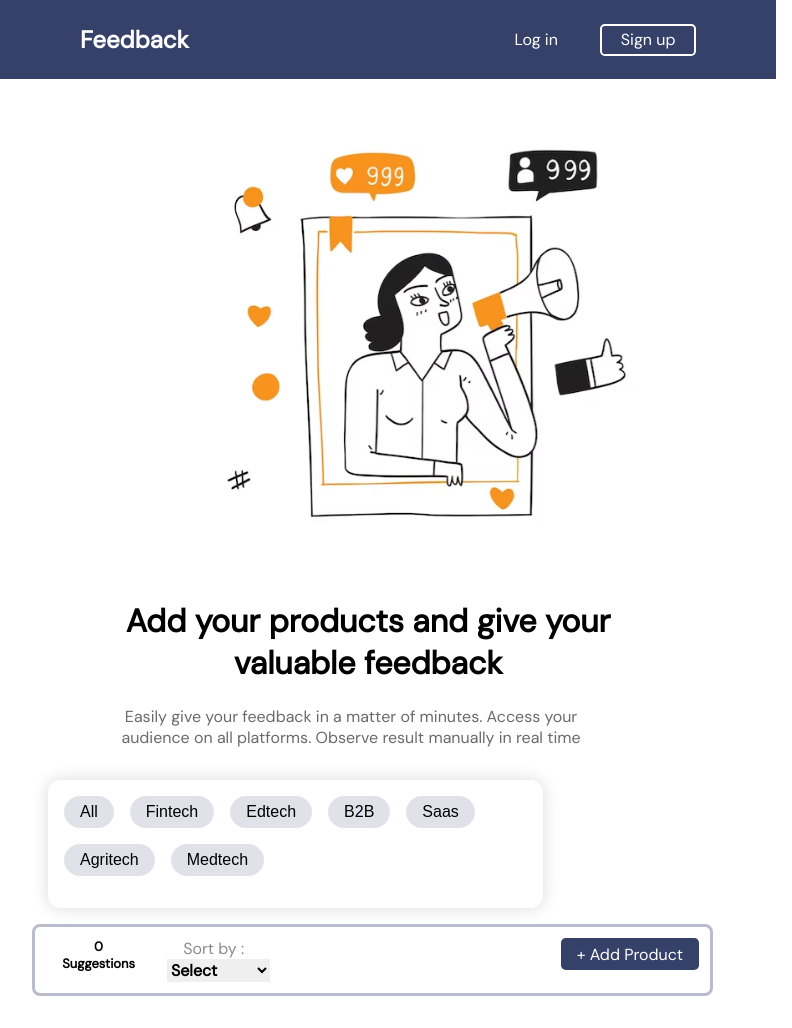
Repository: drumsmanku/final-evaluation-test
Page: / (app in client/)
An editor plug-in stored every save of this project. The page is shown before and after the next save, followed by the edit.
The browser window is 768 px wide. The page is 792 px wide, then 768 px, so the pictures cover 792 px, including what lies to the right of the window. The pictures show the whole page.
The page's requests for data from a server got no answer. The project was rebuilt for these pictures with package versions that can differ from the ones it lists, and the page was loaded fresh each time. No one was signed in, and anything a server would have sent is missing. Also part of the build but not shown: client/src/CSS/LoginPopUp.css, client/src/Components/LoginPopUp.js, client/src/CSS/SignupPopUp.css, client/src/Components/SignupPopUp.js, client/src/CSS/AddProductPopUp.css, client/src/Components/AddProductPopUp.js, client/src/Components/CommentsSection.js, client/src/CSS/SignUp.css and 3 more.

Above is the page before, as saved 2023-08-01 00:52:43.

### client/src/App.js
import './App.css';
import { BrowserRouter as Router, Route, Routes} from 'react-router-dom';
import MainPage from './Components/MainPage';
import SignUp from './Components/SignUp';
import Login from './Components/Login';
function App() {
  return (
    <div className="App">
      <Router>
        <Routes>
          <Route path='/' element={<MainPage/>}/>
          <Route path='/signup' element={<SignUp/>}/>
          <Route path='/login' element={<Login/>}/>
        </Routes>
      </Router>
    </div>
  );
}

export default App;

### client/src/Components/MainPage.js
import React, {useState, useEffect, useMemo} from 'react';
import '../CSS/MainPage.css';
import profile from'../Assets/profilepic.webp';
import img1 from '../Assets/frontphoto.png';
import axios from 'axios';
import comments from '../Assets/comments.png';
import { useNavigate } from 'react-router-dom';
import LoginPopUp from './LoginPopUp';
import SignupPopUp from './SignupPopUp';
import AddProductPopUp from './AddProductPopUp';
import CommentsSection from './CommentsSection';
import upvote from '../Assets/upvote.png';
import comment1 from '../Assets/comment1.png';

const buttonTitles=['All', 'Fintech', 'Edtech', 'B2B', 'Saas', 'Agritech', 'Medtech'];
const buttonStyles={
  padding:'0.2rem 1rem 0.2rem 1rem',
  backgroundColor:'#36416A26',
  fontSize:'medium',
  borderRadius:'1rem',
  border:'none',
  margin:'0 1rem 1rem 0',
  height:'2rem',
  textAlign:'center',
}
const productCardsStyles={
  padding:'1rem',

  width:'98%',
  marginBottom:'1rem',
  display: 'flex',
  borderRadius:'0.5rem'
}
const tagStyles={
  paddingRight:'1.3em',
  paddingLeft:'1.3em',
  backgroundColor:'#C0CEFF',
  fontSize:'small',
  borderRadius:'1rem',
  border:'none',
  height:'1.5rem',
  textAlign:'center',
  display:'flex',
  alignItems:'center',
  marginRight:'1rem',
}

function MainPage() {
  const navigate =useNavigate()
  const [categorySet, setCategorySet]=useState([]);
  const [user, setUser] = useState(localStorage.getItem('user'));
  const [isLoggedIn, setIsLoggedIn]=useState(false);
  const [products, setProdcts]=useState([]);
  const [showLoginModal, setShowLoginModal] = useState(false);
  const [showSignupModal, setShowSignupModal] = useState(false);
  const [showAddModal, setShowAddModal] = useState(false);
  const [isVisible, setIsVisible] = useState(false);
  const [commentProductId, setCommentProductId] = useState(null);
  const [commentsLength, setCommentsLength]=useState(0);
  const [productCounts, setProductCounts] = useState({});
  const [upvotes, setUpvotes]=useState(0);
  const [sortOption, setSortOption] = useState('Select');


  useEffect(()=>{
    const User=localStorage.getItem('user');
    if(User){
      setIsLoggedIn(true);
    }

  }, []);




  const handleLogin = () => {
    setShowLoginModal(true);
  };
  const handleSignup = () => {
    setShowSignupModal(true);
  };
  const handleAdd = () => {
    if (isLoggedIn) {
      setShowAddModal(true);
    } else {
      setShowSignupModal(true);
    }
  };

  const handleShowComments = (productId) => {
    setCommentProductId(productId);
  };
  const handleLogout=()=>{
    localStorage.removeItem('user');
    setIsLoggedIn(false);
    navigate('/login');
  }
  const handleCategoryClick=(event)=>{
    const currentCat=event.target.value;
    if(!categorySet.includes(currentCat)){
      setCategorySet([...categorySet, event.target.value]);
      event.target.style.backgroundColor="#36416A"
    }
    else{
      setCategorySet(categorySet.filter(cat=>cat!=currentCat))
      event.target.style.backgroundColor="#36416A26"
    }

  }

  useEffect(()=>{
    const category=categorySet
    axios.get(`http://localhost:4000/get-prods?category=${category.join(',')}`)
    .then((res)=>{setProdcts(res.data.products);console.log(res.data.products)})
    .catch(err=>console.log(err))

  }, [categorySet]);

  const handleUpvotes=(prodId, event)=>{

    axios.post('http://localhost:4000/add-upvote', {
      productId: prodId,
      upvoteCount:1,
    })
    .then(window.location.reload())
    .catch(err=>console.log(err))
  }

  const sortedProducts = useMemo(() => {
    if (sortOption === 'upvotes') {
      return [...products].sort((a, b) => (b.upvoteCount || 0) - (a.upvoteCount || 0));
    } else if (sortOption === 'comments') {
      return [...products].sort((a, b) => (b.commentsCount || 0) - (a.commentsCount || 0));
    }
    return products;
  }, [products, sortOption]);



  return (
    <div className='main-container'>
      <div className="main-top-container">
        <div className='navbar' >
          <div style={{display:'flex',width:'100%', justifyContent:' space-between', alignItems:'center',}}>
          <h3 style={{marginLeft:'5rem', color:'white', fontSize:'1.5rem'}}>Feedback</h3>
          <div style={{display:'flex', marginRight:'5rem'}}>
              {isLoggedIn ? (
                <>
                  <button style={{background:'none', fontSize:'large', border:'none', fontFamily:'DM Sans', color:'white'}} onClick={handleLogout}>Logout</button>
                  <span style={{color:'white', fontFamily:'DM Sans', fontSize:'large', display:'flex', alignItems:'center', marginLeft:'1rem'}}>Hello! {user}</span>
                  <img src={profile} alt="" height={50} width={50} style={{borderRadius:'100%', marginLeft:'1rem'}} />
                </>
              ) : (
                <>
                   <button className="btn-main-page-login" type="submit" onClick={()=>{navigate('/login')}}>
                    Log in
                  </button>
                  <button type='submit'  className='btn-main-page-register' onClick={()=>{navigate('/signup')}} >Sign up</button>
                </>
              )}



            </div>
          </div>
        </div>
        <div className="title-desc">
          <img src={img1} alt="" height={500} style={{marginLeft:'3rem'}}/>
          <div className='both-texts' style={{display:'flex', flexDirection:'column', marginLeft:'2rem'}}>
              <h1 className='main-heading' style={{maxWidth:'80%'}}> Add your products and give your valuable feedback</h1>
              <span style={{maxWidth:'75%', color:'#6A6A6A'}}>Easily give your feedback in a matter of minutes. Access your audience on all platforms. Observe result manually in real time</span>
          </div>
        </div>
      </div>
      <div className="main-bottom-container">
        <div className="bottom-left">
          <article className='apply-filter' style={{backgroundColor:'#36416A', width:'74%', color:'white', paddingTop:'2rem', borderRadius:'0.8rem', marginBottom:'2rem'}}>
            <h2 style={{marginBottom:'0.4rem',marginLeft:'1rem'}}>Feedback</h2>
            <h5 style={{marginTop:0, marginLeft:'1rem'}}>Apply Filter</h5>
          </article>
          <article className='mapped-cats'style={{width:'65%', borderRadius:'0.8rem', padding:'1em', boxShadow:'0 0 17px #00000026',}}>
             {buttonTitles.map((title, idx)=>(
              <button value={title} onClick={handleCategoryClick} style={{...buttonStyles}} key={idx}>{title}</button>
             ))}
          </article>
        </div>
        <div className="bottom-right">
          <div className='bottom-top-right'>
            <div style={{display:'flex', width:'30%', justifyContent:'space-between',marginLeft:'1rem'}}>
              <span className='suggestions' style={{ fontWeight:'bold', }}>{products.length} Suggestions</span>
              <span>
                <label style={{ fontSize: 'medium', color: '#8B8B8B', marginRight:'0.6rem' }} htmlFor="sort">Sort by :</label>
                <select className='select' style={{border:'none', outline:'none', fontFamily:'DM Sans', fontSize:'medium', fontWeight:'bold'}} value={sortOption} onChange={(e) => setSortOption(e.target.value)}>
                  <option value="Select">Select</option>
                  <option value="upvotes">Upvotes</option>
                  <option value="comments">Comments</option>
                </select>
              </span>
            </div>
            <button className='add-product-button' onClick={handleAdd}>+ Add Product</button>
          </div>
          {showLoginModal && <LoginPopUp closeModal={() => setShowLoginModal(false)} showLoginModal={showLoginModal} setShowSignupModal={setShowSignupModal} />}
          {showSignupModal && (
              <SignupPopUp
                closeModal={() => setShowSignupModal(false)}
                showSignupModal={showSignupModal}
                setShowLoginModal={setShowLoginModal}
              />
            )}
          {isLoggedIn ? (
            showAddModal && (
              <AddProductPopUp
                closeModal={() => setShowAddModal(false)}
                showAddModal={showAddModal}
              />
            )
          ) : (
            showSignupModal && (
              <SignupPopUp
                closeModal={() => setShowSignupModal(false)}
                showSignupModal={showSignupModal}
                setShowLoginModal={setShowLoginModal}
              />
            )
          )}


          <div className="product-cards">
            {
              sortedProducts.map((product, key)=>(
                <div className='main-card-container-div' style={{display:'flex', flexDirection:'column', backgroundColor:'#36416A26',marginBottom:'1rem',borderRadius:'0.5rem', padding:'0 1rem 0 1rem'}}>
                  <div style={{...productCardsStyles}}>
                    <div className='logo' style={{width:'10%'}}>{product.logoURL}</div>
                    <div style={{display:'flex', justifyContent:'space-between', width:"90%"}}>
                      <div className="card-main-info">
                        <h2 style={{marginTop:0, marginBottom:'0.5rem', color:'#36416A'}}>{product.companyName}</h2>
                        <span style={{marginBottom:'1rem'}}>{product.description}</span>
                        <div style={{display:'flex', width:'40%', justifyContent:'space-between'}}>
                          <div style={{display:'flex'}}>
                            {product.category.map((catTitle, idx)=>(
                              <span style={{...tagStyles}}>{catTitle}</span>
                            ))}
                          </div>
                          <button className='comments-button' onClick={() => handleShowComments(product._id)}> <img style={{marginRight:'0.3rem'}} src={comments} alt="" height={25}  />Comment</button>
                        </div>
                      </div>
                      <div className="upvotes">
                        <div className="upvote-container">
                          <button onClick={()=>{handleUpvotes(product._id)}} style={{background:'none', outline:'none', border:'none', cursor:'pointer'}}><img style={{}} src={upvote} alt="" /></button>
                          <span>{product.upvoteCount || 0}</span>
                        </div>
                        <div className='comments-and-edit' style={{height:'50%', display:'flex', alignItems:"center", width:'230%'}}>
                          {isLoggedIn && (<button className='edit-popup-button' type="submit" style={{ cursor:'pointer'}} >Edit</button>)}
                          <div className="comment-count" style={{}}>
                            {product.commentsCount || 0}
                            <img src={comment1} alt="" height={20} style={{marginLeft:'0.2rem'}} />
                          </div>

                        </div>
                      </div>
                    </div>
                  </div>
                  {commentProductId === product._id && <CommentsSection productId={product._id}   />}
                </div>

              ))
            }
          </div>
        </div>
      </div>
    </div>
  )
}

export default MainPage

### client/src/CSS/MainPage.css
@import url('https://fonts.googleapis.com/css2?family=DM+Sans&display=swap');

body{
  font-family: 'DM Sans';
}
.main-container{
  height: 100vh;
  width: 98vw;
  display: flex;
  flex-direction: column;

}
.main-top-container{
  width: 100.5%;
}
.btn-main-page-login{
  height: 2rem;
  width: 6rem;
  font-weight: 500;
  font-size: medium ;
  background: none;
  border: none;
  border-radius: 0.3rem;
  margin-left: 1rem;
  margin-bottom:0;
  color: white;
  font-family: 'DM Sans';
  cursor: pointer;
}
.btn-main-page-register{
  height: 2rem;
  width: 6rem;
  font-size: medium;
  font-weight: 500;
  background-color: #36416A;
  border: 2px solid white;
  border-radius: 0.3rem;
  margin-left: 1rem;
  margin-bottom:0;
  color: white;
  font-family: 'DM Sans';
  cursor: pointer;
}
.navbar{
  width: 100%;
  background-color: #36416A;
}
.title-desc{
  width: 100%;
  display: flex;
  align-items: center;
  justify-content: space-around;

}
.bottom-left{
  width: 20%;
  display: flex;
  flex-direction: column;
  align-items: center;
  margin-left: 2rem;

}
.bottom-right{
  width: 75%;
}
.main-bottom-container{
  width:100%;
  display: flex;
}
.bottom-top-right{
  width: 98%;
  display: flex;
  justify-content: space-between;
  border: 3px solid #36416A59;
  padding: 0.7rem;
  border-radius: 0.5rem;

}
.add-product-button{
  height: 2rem;
  font-size: medium;
  font-weight: 500;
  background-color: #36416A;
  border:none;
  border-radius: 0.3rem;
  margin-left: 1rem;
  margin-bottom:0;
  color: white;
  font-family: 'DM Sans';
  cursor: pointer;
  padding-left: 1em;
  padding-right: 1em;
}
.product-cards{
  width: 100%;
  display: flex;
  padding-top: 2rem;
  flex-direction: column;
}
.card-main-info{
  width: 100%;
  display: flex;
  flex-direction: column;
}
.comments-button{
  color: #ABABAB;
  border: none;
  outline: none;
  background: none;
  font-size: small;
  letter-spacing: 0.1rem;
  display:flex;
  align-items: center;
  cursor: pointer;
}
.upvotes{
  width: 10%;
  display: flex;
  flex-direction: column;
  align-items: center;
  justify-content: space-between;
}
.upvote-container{
  display: flex;
  flex-direction: column;
  justify-content: space-between;
  padding: 0.5rem 0.2rem 0.5rem 0.2rem;
  background-color: #C7CBD6;
  border-radius:1rem;
  align-items: center;
}
.comment-count{
  display: flex;
  align-items: center;

  height: 100%;
  width: 100%;
  margin-left: 1rem;
}
.edit-popup-button{
  padding-left: 1.7rem;
  padding-right: 1.7rem;
  color: white;
  height: 2rem;
  font-size: medium;
  border-radius: 1rem;
  border: none;
  background-color: #36416A;

}
@media (max-width: 768px) {
  .main-container {
    flex-direction: column;
  }
  .title-desc{
    flex-direction: column;
  }
  .both-texts{
    margin-bottom: 2rem;
    padding-left: 4rem;
  }
  .apply-filter{
    display: none;
  }
  .main-heading{
    max-width: 90%;
  }
  .main-bottom-container{
    flex-direction: column;
    justify-content: center;
  }
  .mapped-cats{
    display: flex;
    max-width: 80%;
    width: 100%;
    margin-bottom: 1rem;
    flex-wrap: wrap;
  }
  .bottom-left{
    width: 90%;
    flex-direction: row;
    margin-right: 0;
    padding-left: 1rem;
  }
  .bottom-top-right{
    width: 85vw;
    font-size: small;
    margin-left: 2rem;
  }
  .suggestions{
    width: 100%;
    margin-right: 2rem;
  }
  .product-cards{
    width: 90vw;
  }
  .main-card-container-div{
    width: 90%;
    font-size: small;
    margin-left: 2rem;

  }
  .comments-and-edit{
    display: block;
    flex-wrap: wrap;
  }
  .edit-popup-button{
    font-size: small;
    padding-left: 1rem;
    padding-right: 1rem;
    margin-top: 0.7rem;
  }
  .main-top-container{
    width: 98%;
  }
  .main-container{
    width: 99vh;
  }
}
@media (max-width: 480px) {
  .main-container {
    flex-direction: column;
  }
  .title-desc{
    flex-direction: column;
  }
}

Loaded but not shown: client/public/index.html (common file); client/src/index.js (common file); client/src/index.css (common file); client/src/App.css (common file)

After the next save:
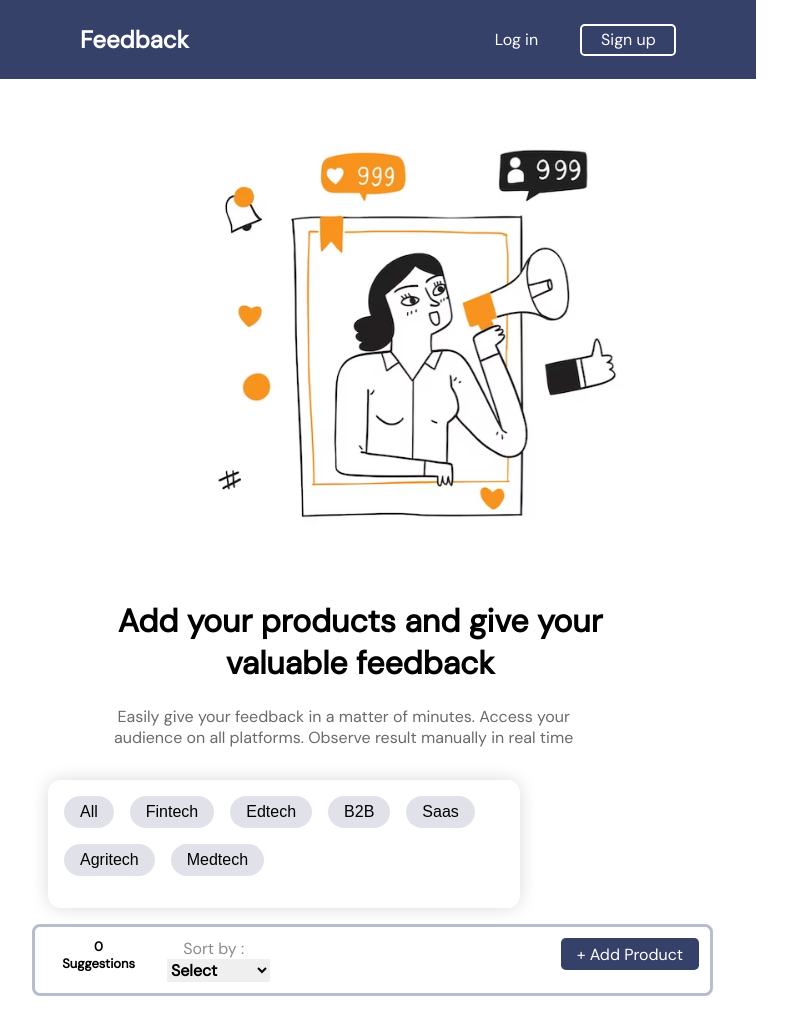
Saved 15 s later.
--- a/client/src/CSS/MainPage.css
+++ b/client/src/CSS/MainPage.css
@@ -210,12 +210,8 @@ body{
     padding-right: 1rem;
     margin-top: 0.7rem;
   }
-  .main-top-container{
-    width: 98%;
-  }
-  .main-container{
-    width: 99vh;
-  }
+
+
 }
 @media (max-width: 480px) {
   .main-container {
